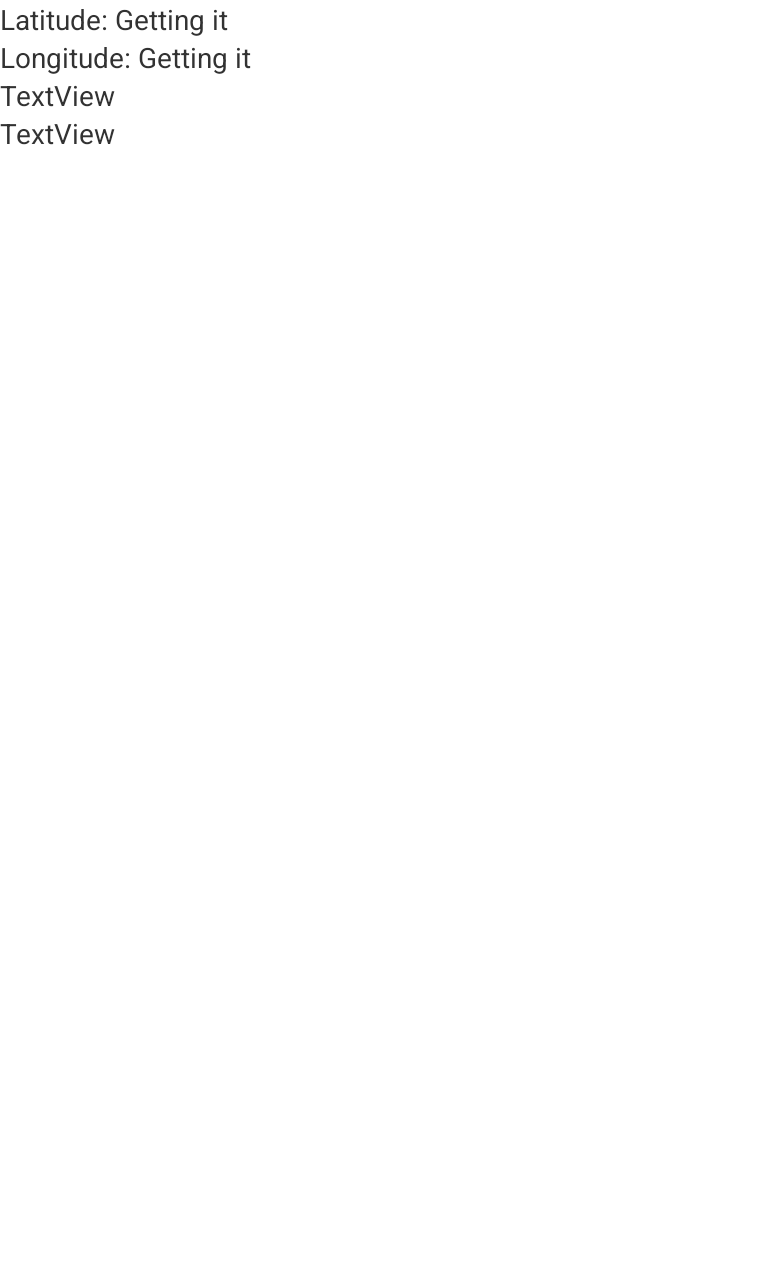
Repository: isitso/android_class
Layout: LocationGooglePlay/res/layout/main.xml
These files come from the project's save history. The layout is drawn as it stood at one moment and after the next save; the edit follows.
It is drawn on a 768 x 1280 px phone screen (xhdpi) without system bars, with theme AppTheme; the app's code is not run.

Above is the layout before, as saved 2014-04-28 00:27:50.

### LocationGooglePlay/res/layout/main.xml
<?xml version="1.0" encoding="utf-8"?>
<LinearLayout xmlns:android="http://schemas.android.com/apk/res/android"
    android:layout_width="match_parent"
    android:layout_height="match_parent"
    android:orientation="vertical" >

    <TextView
        android:id="@+id/latitudeView"
        android:layout_width="wrap_content"
        android:layout_height="wrap_content"
        android:text="Latitude: Getting it" />

    <TextView
        android:id="@+id/longitudeView"
        android:layout_width="wrap_content"
        android:layout_height="wrap_content"
        android:text="Longitude: Getting it" />

    <TextView
        android:id="@+id/textView3"
        android:layout_width="wrap_content"
        android:layout_height="wrap_content"
        android:text="TextView" />

    <TextView
        android:id="@+id/textView4"
        android:layout_width="wrap_content"
        android:layout_height="wrap_content"
        android:text="TextView" />

</LinearLayout>

Loaded but not shown: LocationGooglePlay/res/values/styles.xml (common file); LocationGooglePlay/res/values-v11/styles.xml (common file); LocationGooglePlay/res/values-v14/styles.xml (common file)

After the next save:
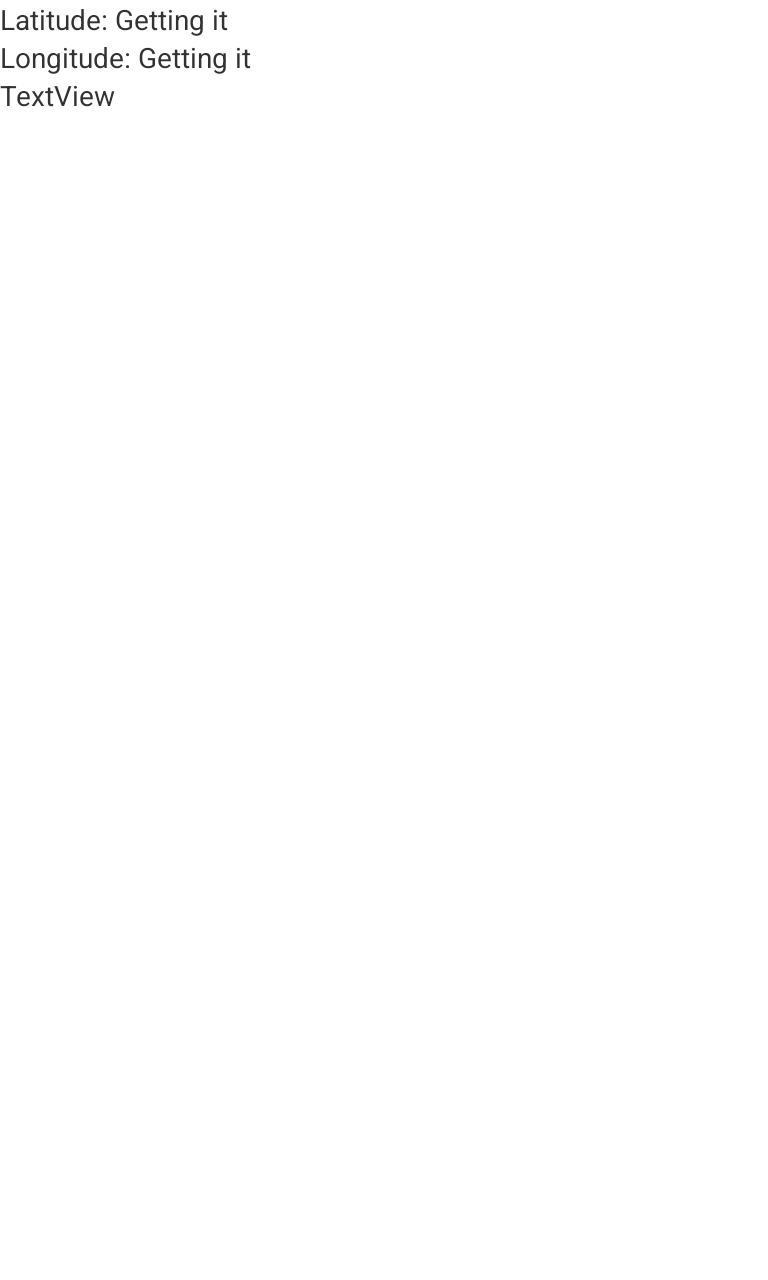
Saved 40 s later.
--- a/LocationGooglePlay/res/layout/main.xml
+++ b/LocationGooglePlay/res/layout/main.xml
@@ -17,15 +17,11 @@
         android:text="Longitude: Getting it" />
 
     <TextView
-        android:id="@+id/textView3"
+        android:id="@+id/info"
         android:layout_width="wrap_content"
         android:layout_height="wrap_content"
         android:text="TextView" />
 
-    <TextView
-        android:id="@+id/textView4"
-        android:layout_width="wrap_content"
-        android:layout_height="wrap_content"
-        android:text="TextView" />
+
 
 </LinearLayout>
